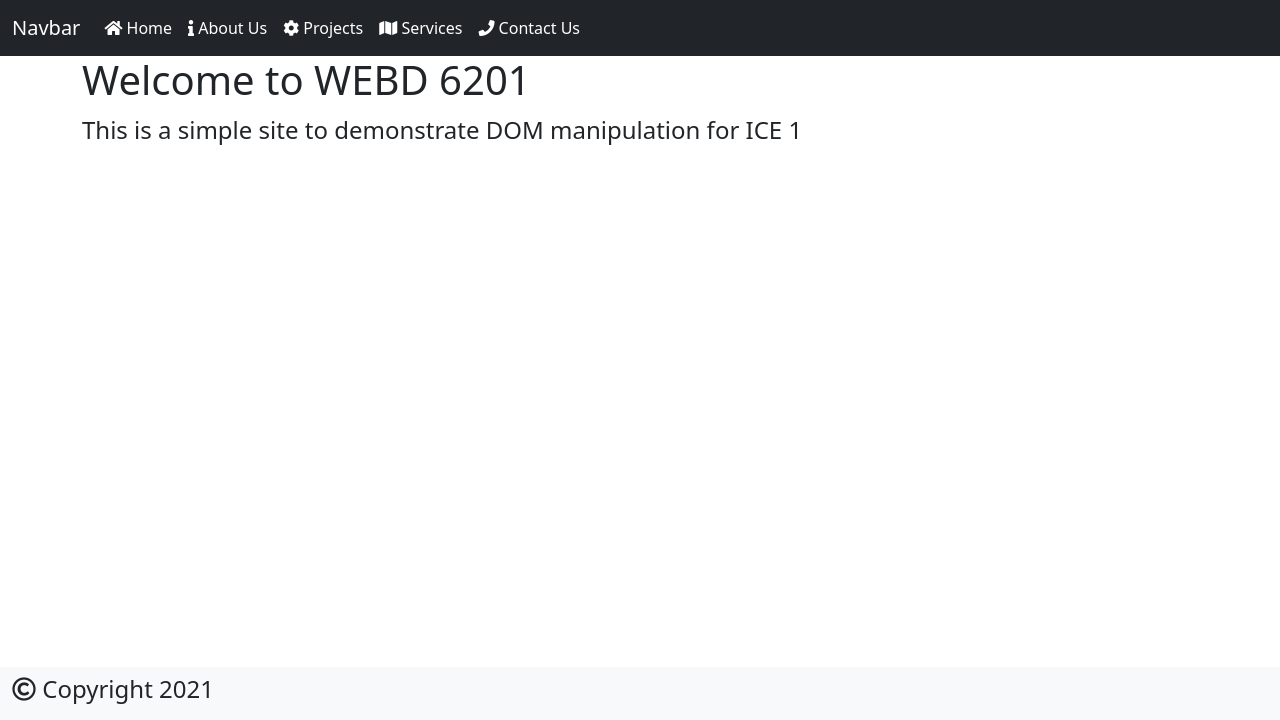
Repository: spencernewellevans/WEBD6201-ICE01
Page: index.html
These files come from the project's save history. The page is drawn as it stood at one moment and after the next save; the edit follows.
The browser window is 1280 px wide. The pictures show the whole page.

Above is the page before, as saved 2021-01-22 15:38:07.

After the next save:
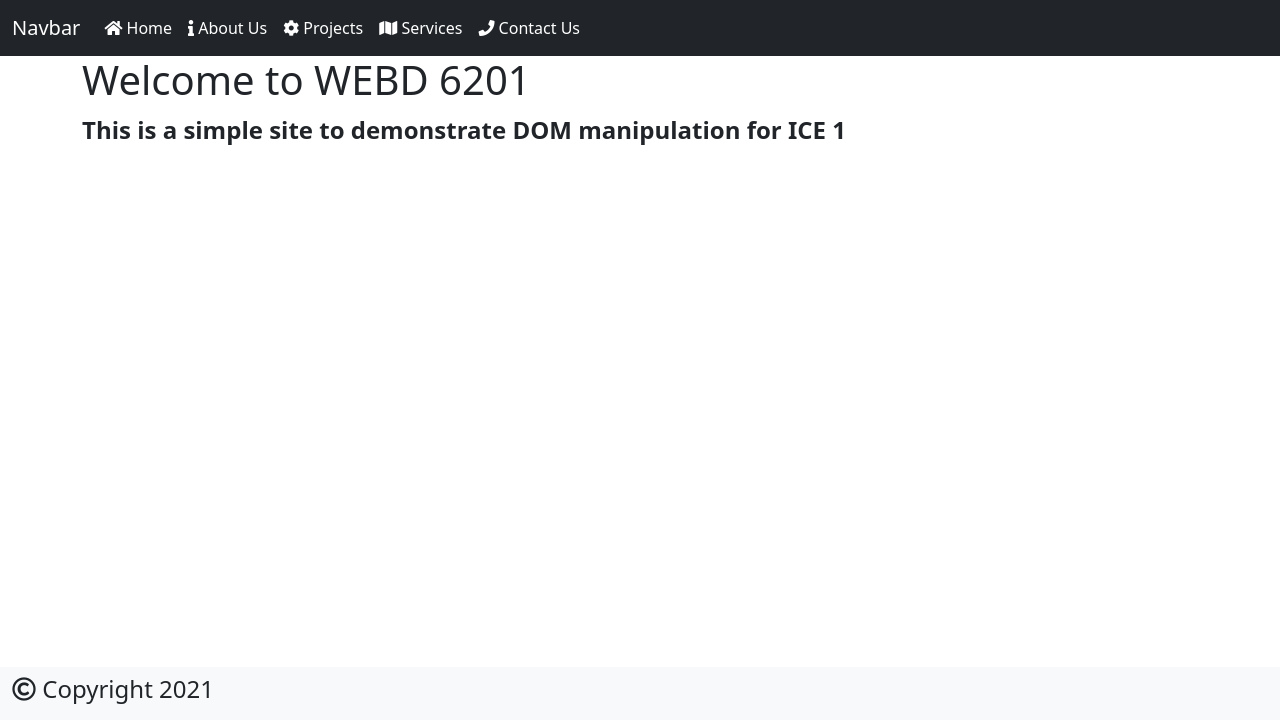
Saved 10 s later.
--- a/scripts/app.js
+++ b/scripts/app.js
@@ -18,7 +18,7 @@
         let paragraphOneElement = document.getElementById("paragraphOne");
 
         paragraphOneElement.textContent = paragraphOneText;
-        paragraphOneElement.className = "fs-4"
+        paragraphOneElement.className = "fs-4 fw-bold"
     }
 
     window.addEventListener("load", Start);
